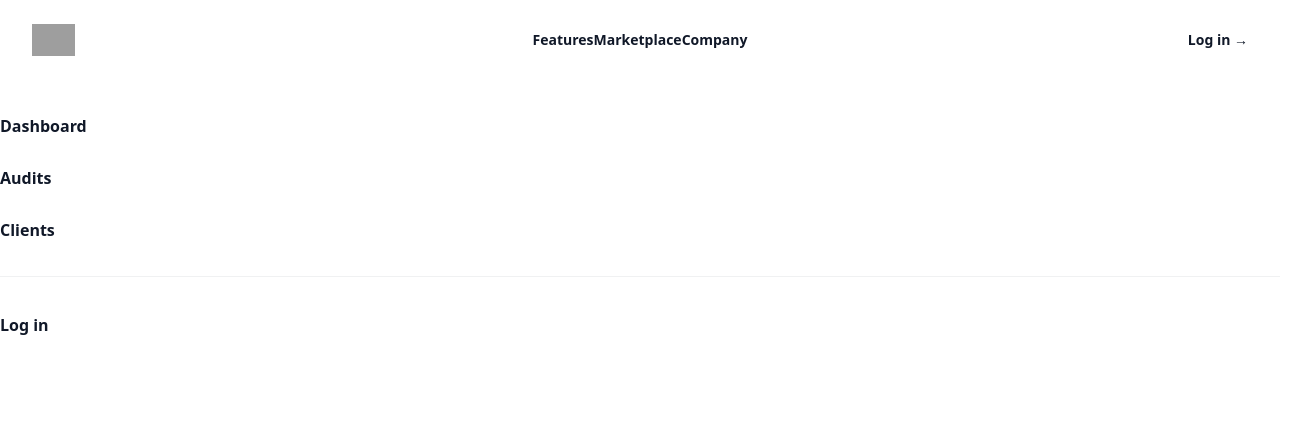
Repository: EclipticCode/Audit-Ease-FE
Page: /
The author's editor kept a copy of each file at every save. The page is drawn from the files as they stood at one save, then again after the next save.
The browser window is 1280 px wide. The page is 1292 px wide, so the pictures cover 1292 px, including what lies to the right of the window. The pictures show the whole page.
Pictures or frames that could not be fetched are drawn as grey boxes. The project was rebuilt for these pictures with package versions that can differ from the ones it lists, and the page was loaded fresh each time. Also part of the build but not shown: vite.config.js, Login.jsx.

Above is the page before, as saved 2025-03-27 19:20:26.

### index.html
<!doctype html>
<html lang="en">
  <head>
    <meta charset="UTF-8" />
    <link rel="icon" type="image/svg+xml" href="" />
    <meta name="viewport" content="width=device-width, initial-scale=1.0" />
    <title>Audit Ease</title>
  </head>
  <body>
    <div id="root"></div>
    <script type="module" src="/src/main.jsx"></script>
  </body>
</html>

### src/main.jsx
import React from "react";
import ReactDOM from "react-dom/client";
import App from "./App";
import "./index.css"; // Ensure Tailwind styles are imported

ReactDOM.createRoot(document.getElementById("root")).render(
  <React.StrictMode>
    <App />
  </React.StrictMode>
);

### src/App.jsx
import React from 'react'
import Login from '../Login'
import Navbar from './Navbar'

const App = () => {
  return (
   <div>
      <Navbar/>
   </div>
  )
}

export default App

### src/index.css
@import url('https://fonts.googleapis.com/css2?family=Roboto:ital,wght@0,100..900;1,100..900&display=swap');

@import "tailwindcss";

@theme {
  --font-roboto: "Roboto", sans-serif;
  --font-weight-light: 300;
  --font-weight-normal: 400;
  --font-weight-medium: 500;
  --font-weight-semibold: 600;
  --font-weight-bold: 700;
  --color-soft-primary: #B2C4FB;
  --color-light-primary: #053ADA;
  --color-dark-primary: #032691;
  --color-deep-primary: #021655;
  --color-soft-seconday: #FFFFFF;
  --color-light-seconday: #B1B1B1;
  --color-dark-seconday: #263238;
  --color-deep-seconday: #000000;

}

### src/Navbar.jsx
import React from 'react'

const Navbar = () => {
  return (
    <div>
         <header className="bg-white">
      <nav aria-label="Global" className="mx-auto flex max-w-7xl items-center justify-between p-6 lg:px-8">
        <div className="flex lg:flex-1">
          <a href="#" className="-m-1.5 p-1.5">
            <span className="sr-only">Your Company</span>
            <img
              alt=""
              src="https://tailwindcss.com/plus-assets/img/logos/mark.svg?color=indigo&shade=600"
              className="h-8 w-auto"
            />
          </a>
        </div>

          <a href="#" className="text-sm/6 font-semibold text-gray-900">
            Features
          </a>
          <a href="#" className="text-sm/6 font-semibold text-gray-900">
            Marketplace
          </a>
          <a href="#" className="text-sm/6 font-semibold text-gray-900">
            Company
          </a>
        <div className="hidden lg:flex lg:flex-1 lg:justify-end">
          <a href="#" className="text-sm/6 font-semibold text-gray-900">
            Log in <span aria-hidden="true">&rarr;</span>
          </a>
        </div>
      </nav>

        <div className="fixed inset-0 z-10" />
          <div className="mt-6 flow-root">
            <div className="-my-6 divide-y divide-gray-500/10">
              <div className="space-y-2 py-6">
                <a
                  href="#"
                  className="-mx-3 block rounded-lg px-3 py-2 text-base/7 font-semibold text-gray-900 hover:bg-gray-50"
                >
                  Dashboard
                </a>
                <a
                  href="#"
                  className="-mx-3 block rounded-lg px-3 py-2 text-base/7 font-semibold text-gray-900 hover:bg-gray-50"
                >
                  Audits
                </a>
                <a
                  href="#"
                  className="-mx-3 block rounded-lg px-3 py-2 text-base/7 font-semibold text-gray-900 hover:bg-gray-50"
                >
                  Clients
                </a>
              </div>
              <div className="py-6">
                <a
                  href="#"
                  className="-mx-3 block rounded-lg px-3 py-2.5 text-base/7 font-semibold text-gray-900 hover:bg-gray-50"
                >
                  Log in
                </a>
              </div>
            </div>
          </div>

    </header>
    </div>
  )
}

export default Navbar

After the next save:
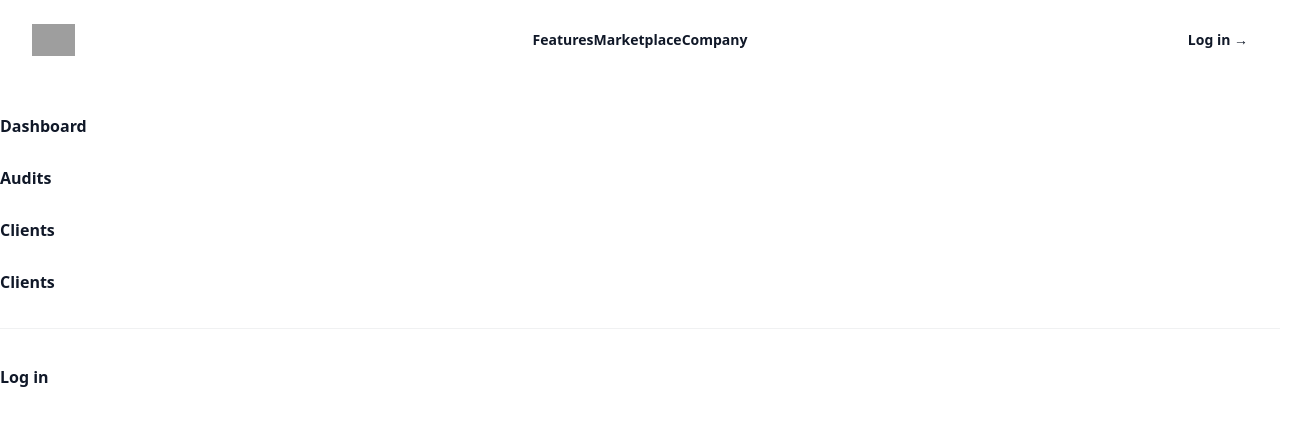
Saved 3 min 45 s later.
--- a/src/Navbar.jsx
+++ b/src/Navbar.jsx
@@ -54,6 +54,12 @@ const Navbar = () => {
                 >
                   Clients
                 </a>
+                <a
+                  href="#"
+                  className="-mx-3 block rounded-lg px-3 py-2 text-base/7 font-semibold text-gray-900 hover:bg-gray-50"
+                >
+                  Clients
+                </a>
               </div>
               <div className="py-6">
                 <a
